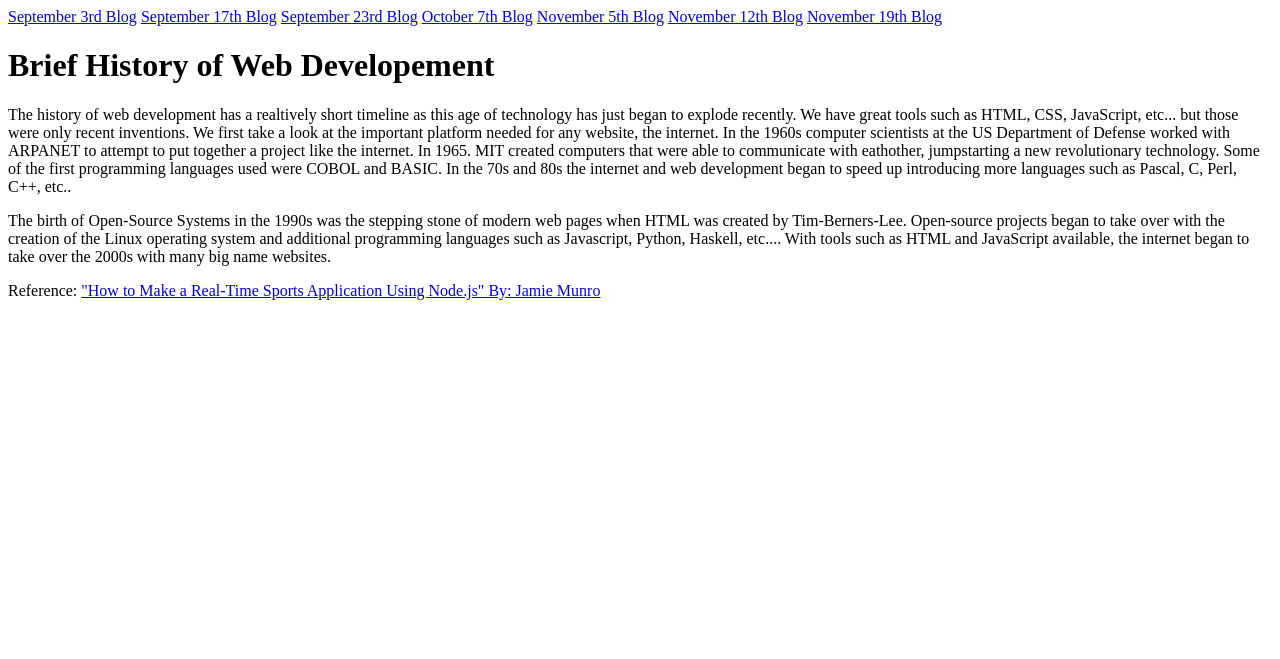
Repository: alharama/WebBlog
Page: Nov_19.html
The author's editor kept a copy of each file at every save. The page is drawn from the files as they stood at one save, then again after the next save.
The browser window is 1280 px wide. The pictures show the whole page.

Above is the page before, as saved 2021-11-18 19:19:39.

### Nov_19.html
<!DOCTYPE html>
<html>
  <head>
    <a href="index.html"> September 3rd Blog</a>
    <a href="second_blog.html"> September 17th Blog</a>
    <a href="Sept_23.html"> September 23rd Blog</a>
    <a href="Oct_7.html"> October 7th Blog</a>
    <a href="Nov_5.html"> November 5th Blog</a>
    <a href="Nov_12.html"> November 12th Blog</a>
    <a href="Nov_19.html"> November 19th Blog</a>

    <title>November 19th Blog</title>
  </head>

  <body>
    <h1>Brief History of Web Developement</h1>

    <p class="writeup">
      The history of web development has a realtively short timeline as this age
      of technology has just began to explode recently. We have great tools such
      as HTML, CSS, JavaScript, etc... but those were only recent inventions. We
      first take a look at the important platform needed for any website, the
      internet. In the 1960s computer scientists at the US Department of Defense
      worked with ARPANET to attempt to put together a project like the
      internet. In 1965. MIT created computers that were able to communicate
      with eathother, jumpstarting a new revolutionary technology. Some of the
      first programming languages used were COBOL and BASIC. In the 70s and 80s
      the internet and web development began to speed up introducing more
      languages such as Pascal, C, Perl, C++, etc..
    </p>

    <p class="writeup">
      The birth of Open-Source Systems in the 1990s was the stepping stone of
      modern web pages when HTML was created by Tim-Berners-Lee. Open-source
      projects began to take over with the creation of the Linux operating
      system and additional programming languages such as Javascript, Python,
      Haskell, etc.... With tools such as HTML and JavaScript available, the
      internet began to take over the 2000s with many big name websites.
    </p>
  </body>

  Reference:
  <a
    href="https://www.coderiders.am/blog/web-development-timeline-past-present-and-forecasting"
    target="_blank"
  >
    "How to Make a Real-Time Sports Application Using Node.js" By: Jamie
    Munro</a
  >
</html>

After the next save:
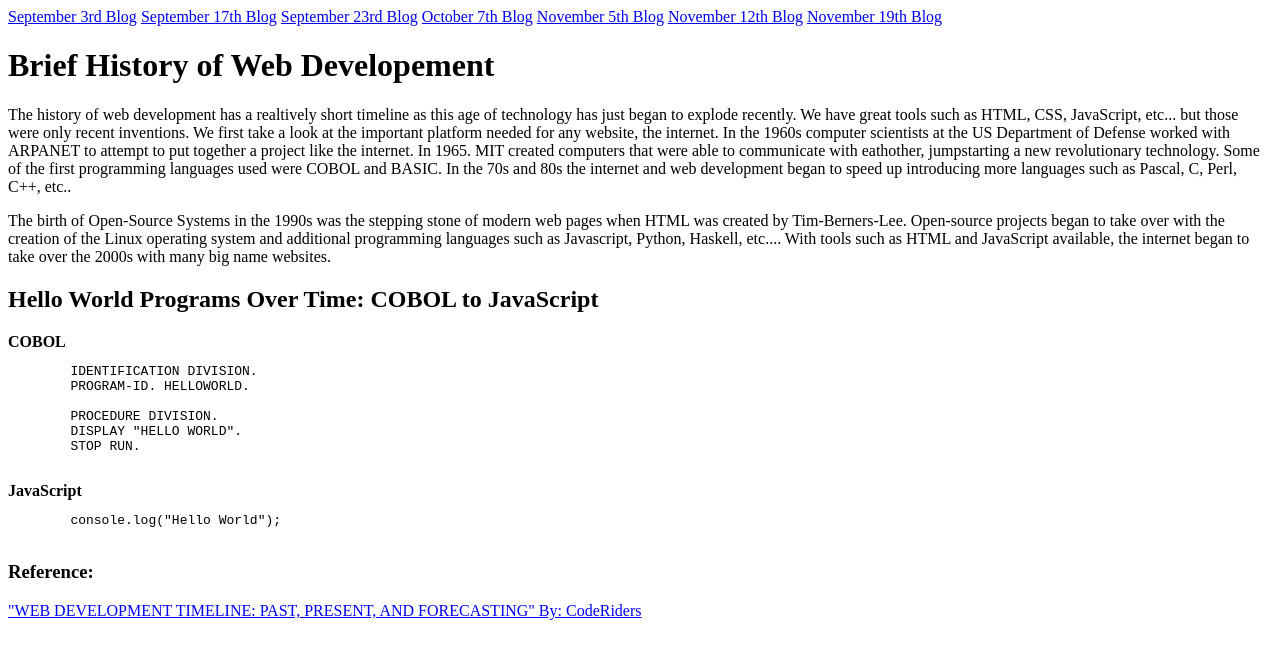
Saved 5 min 31 s later.
--- a/Nov_19.html
+++ b/Nov_19.html
@@ -37,14 +37,30 @@
       Haskell, etc.... With tools such as HTML and JavaScript available, the
       internet began to take over the 2000s with many big name websites.
     </p>
+
+    <h2>Hello World Programs Over Time: COBOL to JavaScript</h2>
+
+    <b class="example_code"> COBOL </b>
+    <pre>
+        IDENTIFICATION DIVISION.
+        PROGRAM-ID. HELLOWORLD.
+
+        PROCEDURE DIVISION.
+        DISPLAY "HELLO WORLD".
+        STOP RUN.
+    </pre>
+
+    <b class="example_code"> JavaScript </b>
+    <pre>
+        console.log("Hello World");
+    </pre>
   </body>
 
-  Reference:
+  <h3>Reference:</h3>
   <a
     href="https://www.coderiders.am/blog/web-development-timeline-past-present-and-forecasting"
     target="_blank"
   >
-    "How to Make a Real-Time Sports Application Using Node.js" By: Jamie
-    Munro</a
+    "WEB DEVELOPMENT TIMELINE: PAST, PRESENT, AND FORECASTING" By: CodeRiders</a
   >
 </html>
